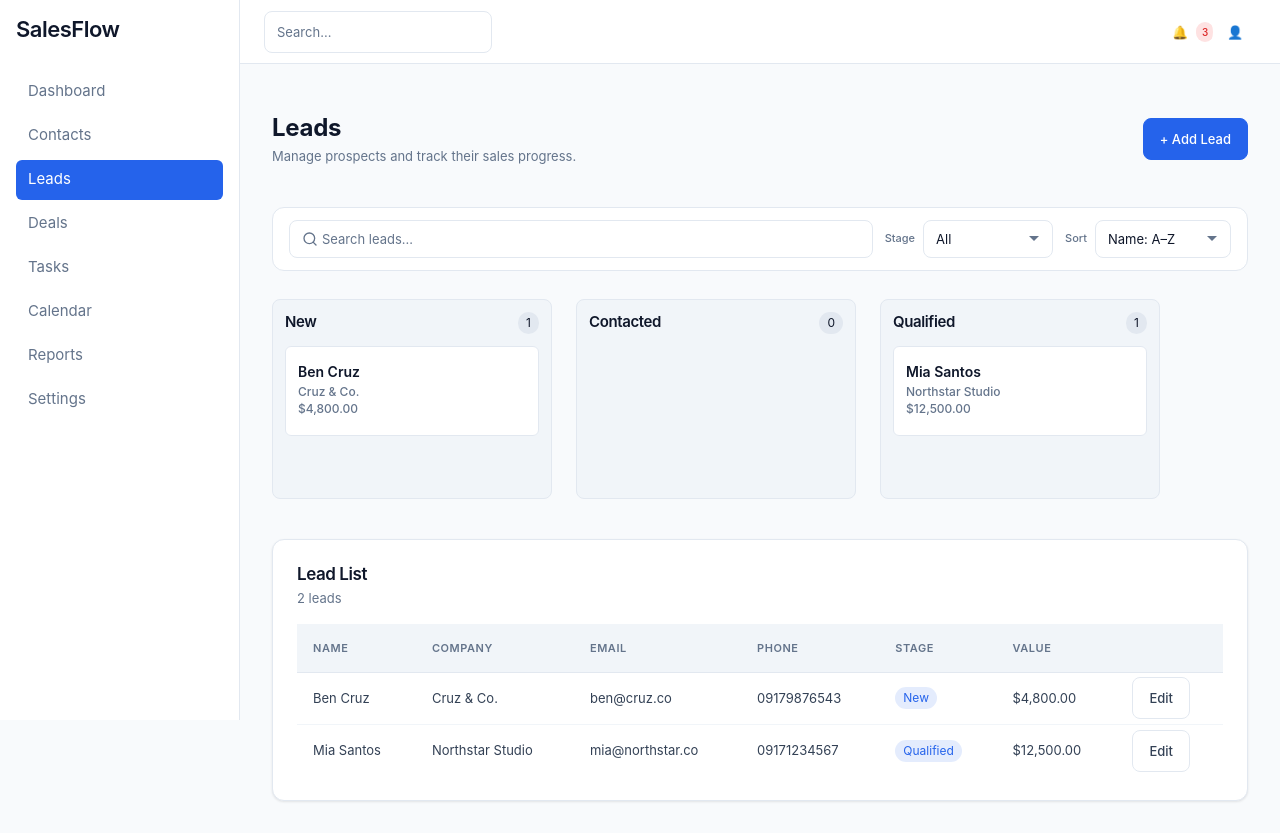
Repository: lawrencegonzaga-dev/salesflow-crm
Page: /leads
These files come from the project's save history. The page is drawn as it stood at one moment and after the next save; the edit follows.
The browser window is 1280 px wide. The pictures show the whole page.
The project was rebuilt for these pictures with package versions that can differ from the ones it lists, and the page was loaded fresh each time. Also part of the build but not shown: vite.config.js, src/components/StatCard.jsx, src/components/DashboardLeads.jsx, src/components/DashboardDeals.jsx, src/components/DashboardTasks.jsx, src/components/RecentActivity.jsx, src/pages/Dashboard.jsx, src/components/ContactForm.jsx and 22 more.

Above is the page before, as saved 2026-08-18 21:53:49.

After the next save:
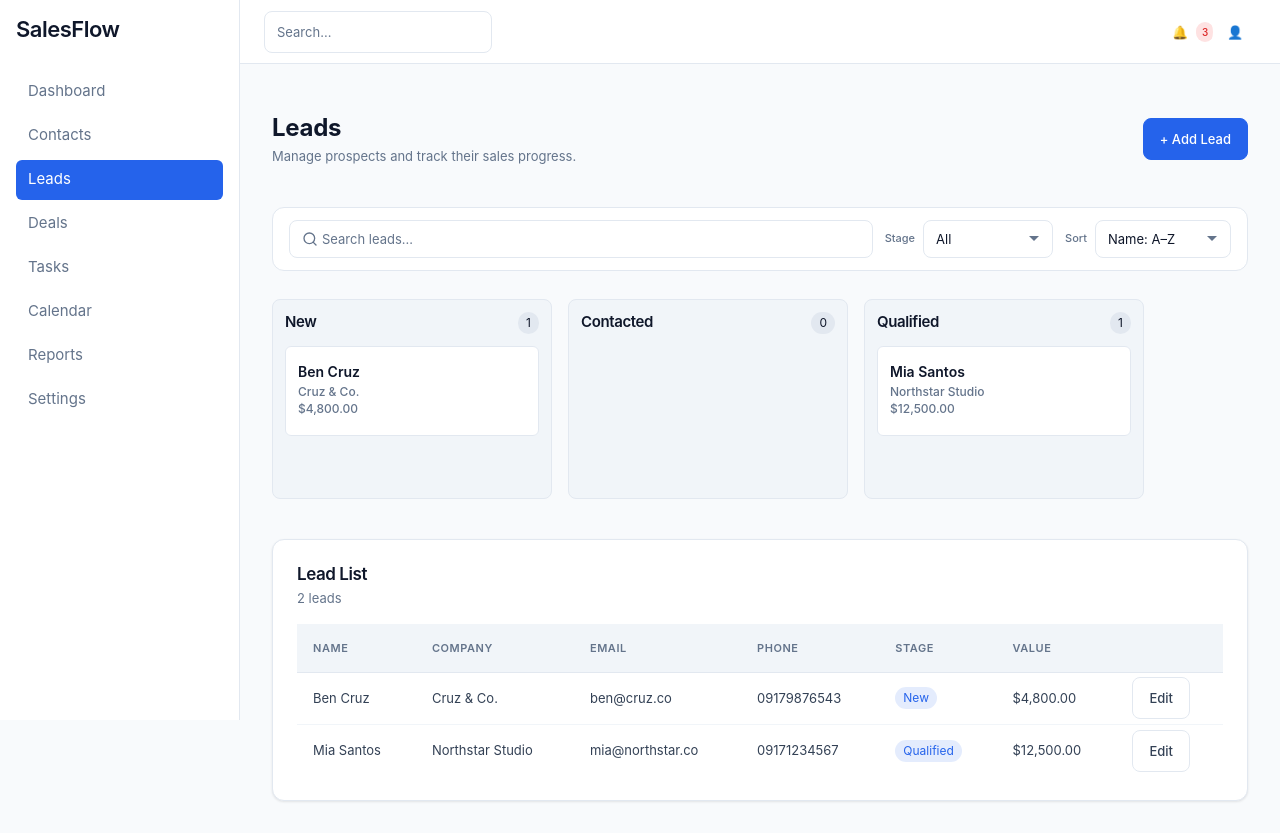
Saved 4 s later.
--- a/src/styles/components/leads.css
+++ b/src/styles/components/leads.css
@@ -1,7 +1,7 @@
 .lead-pipeline {
   display: grid;
   grid-template-columns: repeat(3, 280px);
-  gap: 24px;
+  gap: 16px;
   overflow-x: auto;
   padding: 4px 0 16px;
 }
